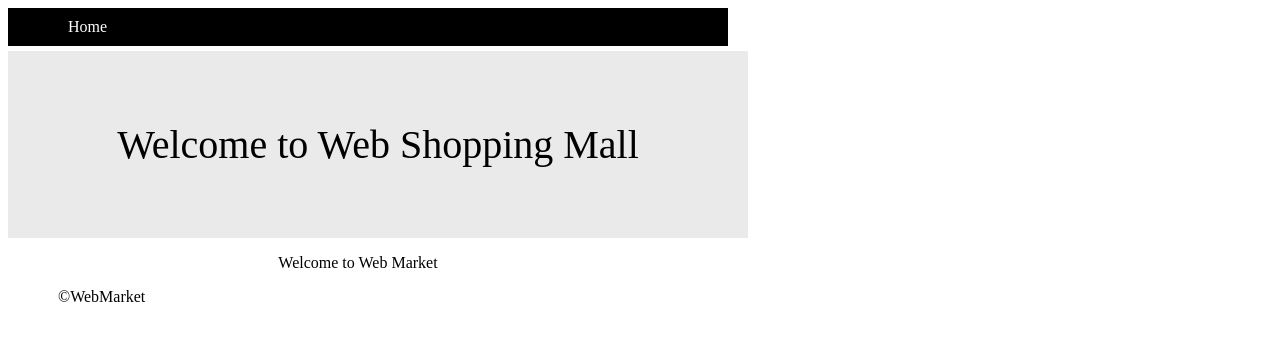
Repository: JuHyeon-S/21-1-Web-Back-end_Programming
Page: http://localhost/week07_20185135/work05_20185135.jsp
An editor plug-in stored every save of this project. The page is shown before and after the next save, followed by the edit.
The browser window is 1280 px wide. The pictures show the whole page.
The page is served by Tomcat 9.

Above is the page before, as saved 2021-04-15 03:29:48.

### week07/week07_20185135/src/main/webapp/work05_20185135.jsp
<%@ page language="java" contentType="text/html; charset=EUC-KR"
    pageEncoding="EUC-KR"%>
<!DOCTYPE html>
<html>
<head>
<meta charset="EUC-KR">
<title>Insert title here</title>
<link rel="stylesheet" href="work05_20185135_css.css">
</head>
<body>
	<nav class="title">
		<a class="title_a" href="./환영.jsp">Home</a>
	</nav>
	<section>
		<div class="div1">
			<p class="p1">Welcome to Web Shopping Mall
		</div>
		<div class="div2">
			<p class="p2">Welcome to Web Market</p>
		</div>
	</section>
	<footer>
		<p>&copy;WebMarket</p>
	</footer>
</body>
</html>

### week07/week07_20185135/src/main/webapp/work05_20185135_css.css
@charset "EUC-KR";

body {
	width: 700px;
}

.title{
	width: 700px;
	heigth: 30px;
	background-color: black;
	padding: 10px;
	margin-bottom: 5px;
}

.title_a{
	margin-left: 50px;
	background-color: black;
	color: white;
	text-decoration: none;
}

.div1{
	width: 680px;
	padding: 30px;
	background-color: rgb(234,234, 234);
	font-size: 40px;
	text-align: center;
}

.div2{
	text-align: center;
}

footer{
	padding-left: 50px;
}

After the next save:
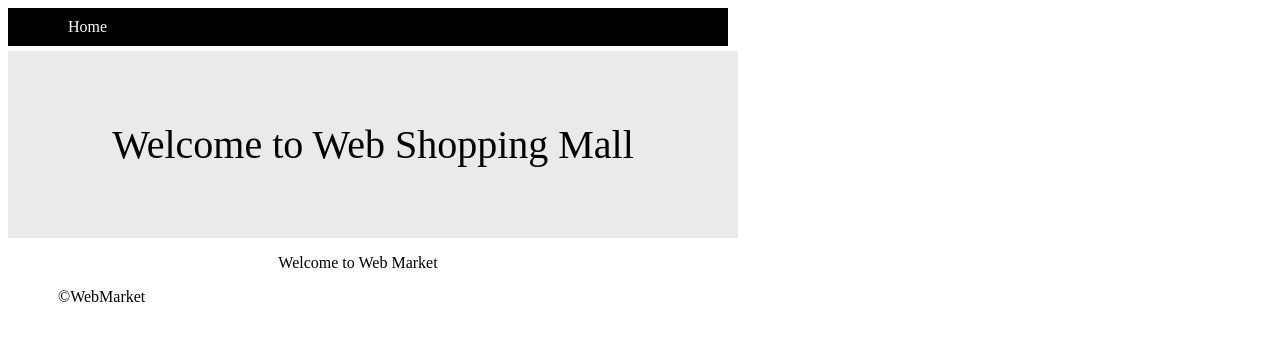
Saved 31 s later.
--- a/week07/week07_20185135/src/main/webapp/work05_20185135_css.css
+++ b/week07/week07_20185135/src/main/webapp/work05_20185135_css.css
@@ -20,7 +20,7 @@ body {
 }
 
 .div1{
-	width: 680px;
+	width: 670px;
 	padding: 30px;
 	background-color: rgb(234,234, 234);
 	font-size: 40px;
